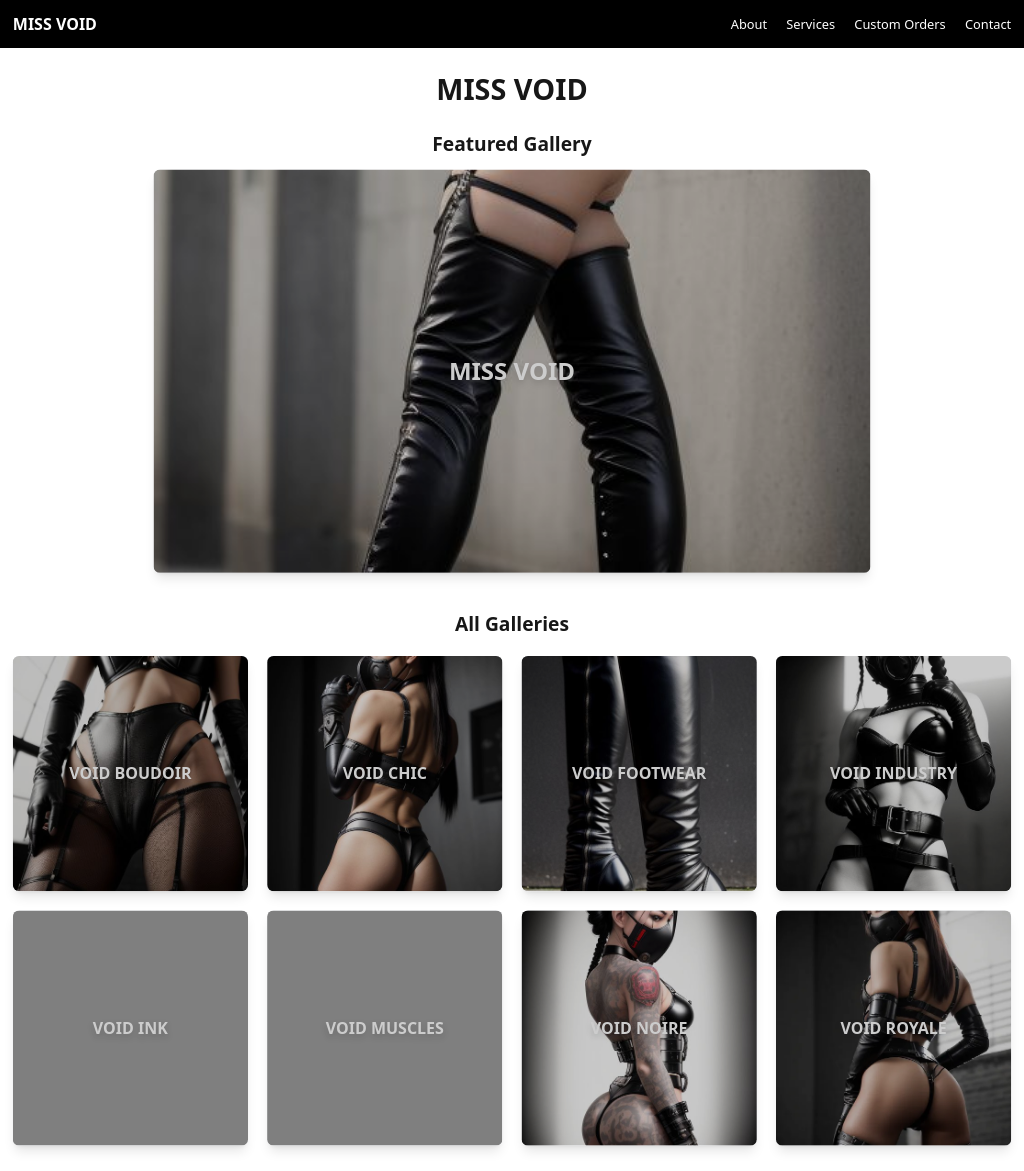
Repository: b0ase/missvoid2
Page: /
The author's editor kept a copy of each file at every save. The page is drawn from the files as they stood at one save, then again after the next save.
The browser window is 1280 px wide. The pictures show the whole page, at 80% of full size.
Pictures or frames that could not be fetched are drawn as grey boxes. The project was rebuilt for these pictures with package versions that can differ from the ones it lists, and the page was loaded fresh each time. The framework's server and built-in components were replaced by stand-ins that run in the browser. Also part of the build but not shown: next.config.js.

Above is the page before, as saved 2025-04-11 11:10:58.

### src/app/layout.tsx
import type { Metadata } from "next";
import { Inter } from "next/font/google";
import "./globals.css";

const inter = Inter({
  subsets: ["latin"],
  variable: "--font-inter",
});

export const metadata: Metadata = {
  title: "Create Next App",
  description: "Generated by create next app",
};

export default function RootLayout({
  children,
}: Readonly<{
  children: React.ReactNode;
}>) {
  return (
    <html lang="en">
      <body
        className={`${inter.variable} antialiased`}
      >
        {children}
      </body>
    </html>
  );
}

### src/app/page.tsx
"use client";

import Gallery from './components/Gallery';
import Navigation from './components/Navigation';

export default function Home() {
  return (
    <>
      <Navigation />
      <Gallery />
    </>
  );
}

### src/app/globals.css
@import "tailwindcss";

:root {
  --background: #ffffff;
  --foreground: #171717;
}

@theme inline {
  --color-background: var(--background);
  --color-foreground: var(--foreground);
  --font-sans: var(--font-inter);
}

@media (prefers-color-scheme: dark) {
  :root {
    --background: #0a0a0a;
    --foreground: #ededed;
  }
}

body {
  background: var(--background);
  color: var(--foreground);
  font-family: var(--font-sans), Arial, Helvetica, sans-serif;
}

### src/app/components/Gallery.tsx
"use client";

import Link from 'next/link';
import Image from 'next/image';
import { getAllCategories } from '../utils/images';
import { useState } from 'react';

type GalleryCategory = {
  name: string;
  path: string;
  coverImage: string;
  isFeatured: boolean;
};

// Get categories from our utility
const categories: GalleryCategory[] = getAllCategories();
const featuredCategory = categories.find(category => category.isFeatured);
const regularCategories = categories.filter(category => !category.isFeatured);

export default function Gallery() {
  const [imageError, setImageError] = useState<Record<string, boolean>>({});

  return (
    <div className="container mx-auto px-4 py-8">
      <h1 className="text-4xl font-bold mb-8 text-center">MISS VOID</h1>

      {/* Featured Gallery */}
      {featuredCategory && (
        <div className="mb-12">
          <h2 className="text-2xl font-bold mb-4 text-center">Featured Gallery</h2>
          <Link
            href={featuredCategory.path}
            key={featuredCategory.name}
            className="group block max-w-4xl mx-auto"
          >
            <div className="overflow-hidden rounded-lg shadow-lg transition duration-300 ease-in-out transform group-hover:shadow-xl group-hover:-translate-y-1">
              <div className="aspect-video relative">
                <div className="absolute inset-0 bg-black/20 group-hover:bg-black/10 transition-all z-10"></div>
                <div className="relative w-full h-full bg-gray-200">
                  {!imageError[featuredCategory.name] ? (
                    <Image
                      src={featuredCategory.coverImage}
                      alt={`${featuredCategory.name} gallery cover`}
                      fill
                      style={{ objectFit: 'cover' }}
                      sizes="(max-width: 768px) 100vw, (max-width: 1200px) 85vw, 70vw"
                      onError={() => setImageError({...imageError, [featuredCategory.name]: true})}
                    />
                  ) : (
                    <div className="w-full h-full flex items-center justify-center bg-gray-300">
                      <span className="text-lg text-gray-600">Image Coming Soon</span>
                    </div>
                  )}
                  <div className="absolute inset-0 flex items-center justify-center">
                    <span className="text-3xl font-bold text-white drop-shadow-lg">{featuredCategory.name}</span>
                  </div>
                </div>
              </div>
            </div>
          </Link>
        </div>
      )}

      <h2 className="text-2xl font-bold mb-6 text-center">All Galleries</h2>
      <div className="grid grid-cols-1 md:grid-cols-2 lg:grid-cols-3 xl:grid-cols-4 gap-6">
        {regularCategories.map((category) => (
          <Link
            href={category.path}
            key={category.name}
            className="group block"
          >
            <div className="overflow-hidden rounded-lg shadow-lg transition duration-300 ease-in-out transform group-hover:shadow-xl group-hover:-translate-y-1">
              <div className="aspect-square relative">
                <div className="absolute inset-0 bg-black/20 group-hover:bg-black/10 transition-all z-10"></div>
                <div className="relative w-full h-full bg-gray-200">
                  {!imageError[category.name] ? (
                    <Image
                      src={category.coverImage}
                      alt={`${category.name} gallery cover`}
                      fill
                      style={{ objectFit: 'cover' }}
                      sizes="(max-width: 768px) 100vw, (max-width: 1024px) 50vw, (max-width: 1280px) 33vw, 25vw"
                      onError={() => setImageError({...imageError, [category.name]: true})}
                    />
                  ) : (
                    <div className="w-full h-full flex items-center justify-center bg-gray-300">
                      <span className="text-lg text-gray-600">Image Coming Soon</span>
                    </div>
                  )}
                  <div className="absolute inset-0 flex items-center justify-center">
                    <span className="text-xl font-semibold text-white drop-shadow-lg">{category.name}</span>
                  </div>
                </div>
              </div>
            </div>
          </Link>
        ))}
      </div>
    </div>
  );
}

### src/app/components/Navigation.tsx
"use client";

import Link from 'next/link';
import { usePathname } from 'next/navigation';

export default function Navigation() {
  const pathname = usePathname();

  return (
    <nav className="bg-black text-white py-4">
      <div className="container mx-auto px-4 flex items-center justify-between">
        <Link href="/" className="text-xl font-bold">MISS VOID</Link>
        <div className="hidden md:flex space-x-6">
          <Link
            href="/about"
            className={`hover:text-gray-300 transition ${pathname === '/about' ? 'text-gray-300 underline' : ''}`}
          >
            About
          </Link>
          <Link
            href="/services"
            className={`hover:text-gray-300 transition ${pathname === '/services' ? 'text-gray-300 underline' : ''}`}
          >
            Services
          </Link>
          <Link
            href="/custom"
            className={`hover:text-gray-300 transition ${pathname === '/custom' ? 'text-gray-300 underline' : ''}`}
          >
            Custom Orders
          </Link>
          <Link
            href="/contact"
            className={`hover:text-gray-300 transition ${pathname === '/contact' ? 'text-gray-300 underline' : ''}`}
          >
            Contact
          </Link>
        </div>
        <button className="md:hidden">
          <svg xmlns="http://www.w3.org/2000/svg" fill="none" viewBox="0 0 24 24" stroke="currentColor" className="w-6 h-6">
            <path strokeLinecap="round" strokeLinejoin="round" strokeWidth={2} d="M4 6h16M4 12h16M4 18h16" />
          </svg>
        </button>
      </div>
    </nav>
  );
}

### src/app/utils/images.ts
// Map folder names to URL-friendly paths
export const folderToPathMap = {
  'MISS VOID': 'miss-void',
  'VOID BOUDOIR': 'void-boudoir',
  'VOID CHIC': 'void-chic',
  'VOID FOOTWEAR': 'void-footwear',
  'VOID INDUSTRY': 'void-industry',
  'VOID INK': 'void-ink',
  'VOID MUSCLES': 'void-muscles',
  'VOID NOIRE': 'void-noire',
  'VOID ROYALE': 'void-royale'
};

// Define featured gallery
export const featuredGallery = 'MISS VOID';

// Get all categories with their image paths
export function getAllCategories() {
  return Object.entries(folderToPathMap).map(([name, pathStr]) => {
    return {
      name,
      path: `/gallery/${pathStr}`,
      coverImage: `/images/${pathStr}/cover.jpg`,
      isFeatured: name === featuredGallery
    };
  });
}

// Get images for a specific category - statically defined paths
export function getMockImagesForCategory(category: string): string[] {
  // Create an array of 20 possible image files
  return Array.from({ length: 20 }, (_, i) => {
    return `/images/${category}/IMG_${i + 1}.JPG`;
  });
}

After the next save:
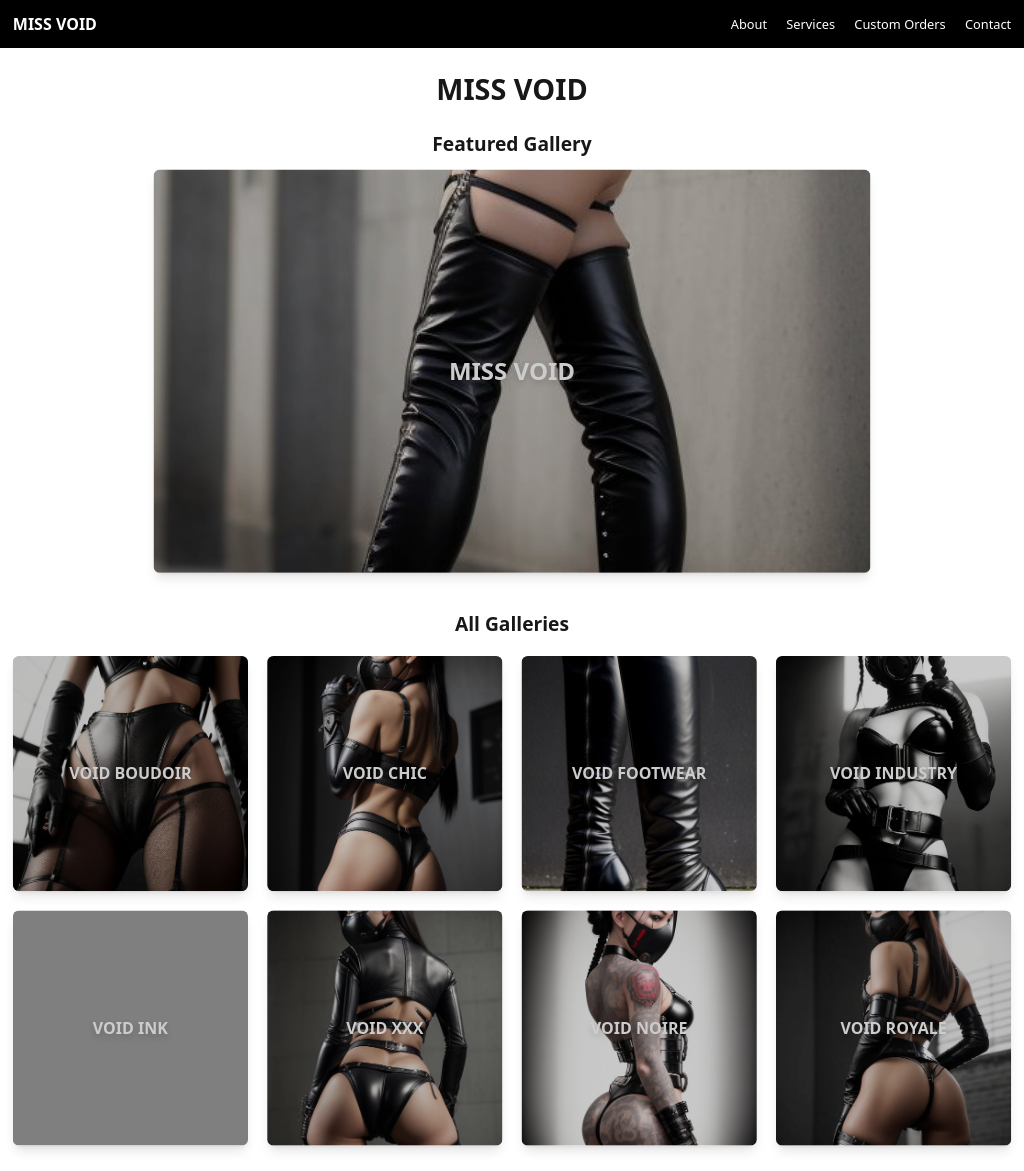
Saved 55 s later.
--- a/src/app/utils/images.ts
+++ b/src/app/utils/images.ts
@@ -6,7 +6,7 @@
   'VOID FOOTWEAR': 'void-footwear',
   'VOID INDUSTRY': 'void-industry',
   'VOID INK': 'void-ink',
-  'VOID MUSCLES': 'void-muscles',
+  'VOID XXX': 'void-xxx',
   'VOID NOIRE': 'void-noire',
   'VOID ROYALE': 'void-royale'
 };
